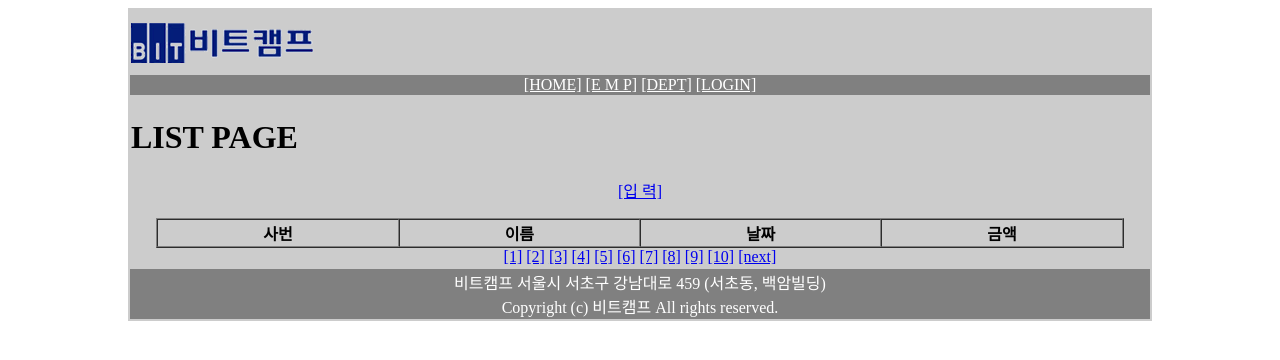
Repository: kwakjaeyeon/webWorkspace
Page: http://localhost/web05/emp/list.jsp?page=1
An editor plug-in stored every save of this project. The page is shown before and after the next save, followed by the edit.
The browser window is 1280 px wide. The pictures show the whole page.
The page is served by Tomcat 9. Queries for data that is not in the repository find no rows.

Above is the page before, as saved 2020-07-03 05:28:52.

After the next save:
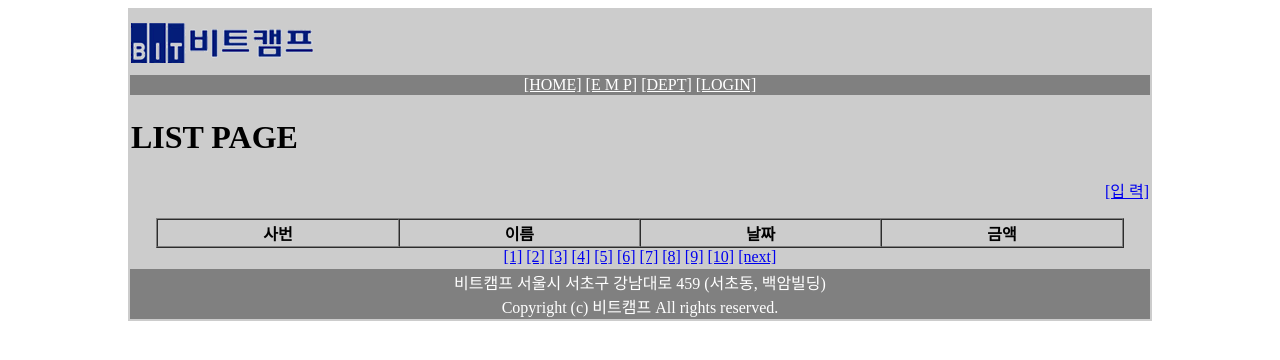
Saved 12 s later.
--- a/web05/WebContent/emp/list.jsp
+++ b/web05/WebContent/emp/list.jsp
@@ -10,7 +10,7 @@
 <%@ include file = "../template/header.jspf" %>
 <%@ include file = "../template/menu.jspf" %>
 	<h1>LIST PAGE</h1>
-	<p align = "center"><a href = "add.jsp">[입 력]</a></p>
+	<p align = "right"><a href = "add.jsp">[입 력]</a></p>
 	<table width = "95%" border = "1" cellspacing = "0" align = "center">
 		<tr>
 			<th>사번</th>
